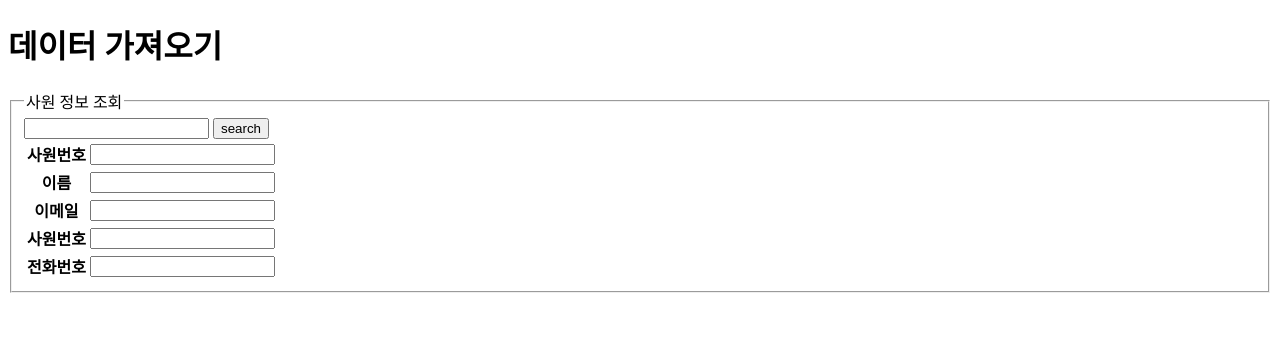
Repository: lafayetteey/WorkSpace
Page: workspace_jq_Ajax/UI_JQ_Ajax/WebContent/jq21_ajax.html
An editor plug-in stored every save of this project. The page is shown before and after the next save, followed by the edit.
The browser window is 1280 px wide. The pictures show the whole page.

Above is the page before, as saved 2020-06-22 08:11:19.

After the next save:
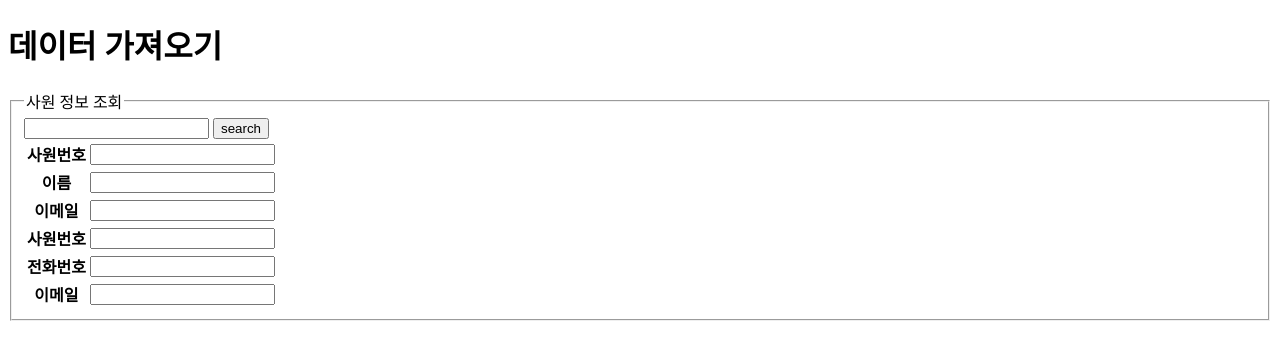
Saved 12 s later.
--- a/workspace_jq_Ajax/UI_JQ_Ajax/WebContent/jq21_ajax.html
+++ b/workspace_jq_Ajax/UI_JQ_Ajax/WebContent/jq21_ajax.html
@@ -32,6 +32,10 @@
 				<th>전화번호</th>
 				<td><input type="text" name="empNum"></td>
 			</tr>
+			<tr>
+				<th>이메일</th>
+				<td><input type="text" name="empNum"></td>
+			</tr>
 		</table>
 	</fieldset>
 </body>
